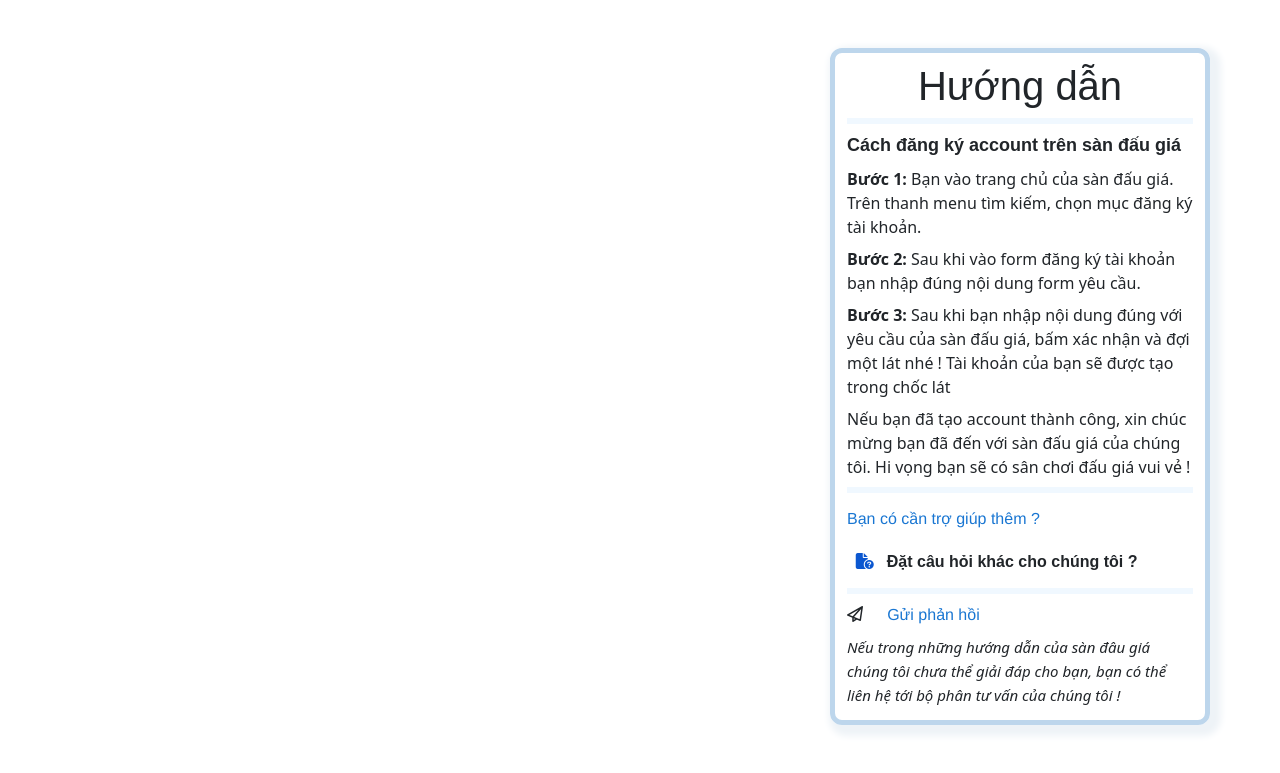
Repository: SonPhamThe/C0622G1-module5
Page: prototype--module6/guides/guide1.html
These files come from the project's save history. The page is drawn as it stood at one moment and after the next save; the edit follows.
The browser window is 1280 px wide. The pictures show the whole page.
Some web libraries are served in a nearby version.

Above is the page before, as saved 2022-12-07 15:22:14.

### prototype--module6/guides/guide1.html
<!DOCTYPE html>
<html lang="en">
  <head>
    <meta charset="UTF-8" />
    <meta
      name="viewport"
      content="width=device-width, user-scalable=no, initial-scale=1.0, maximum-scale=1.0, minimum-scale=1.0"
    />
    <meta http-equiv="X-UA-Compatible" content="ie=edge" />
    <title>Trang chủ hướng dẫn</title>
    <link rel="stylesheet" href="guide1.css" />
    <link rel="icon" type="image/x-icon" href="favicon.ico" />

    <link
      rel="stylesheet"
      href="https://cdnjs.cloudflare.com/ajax/libs/font-awesome/6.2.1/css/all.min.css"
    />

    <link
      href="https://cdn.jsdelivr.net/npm/bootstrap@5.1.3/dist/css/bootstrap.min.css"
      rel="stylesheet"
      integrity="sha384-1BmE4kWBq78iYhFldvKuhfTAU6auU8tT94WrHftjDbrCEXSU1oBoqyl2QvZ6jIW3"
      crossorigin="anonymous"
    />
    <script
      src="https://cdn.jsdelivr.net/npm/bootstrap@5.1.3/dist/js/bootstrap.bundle.min.js"
      integrity="sha384-ka7Sk0Gln4gmtz2MlQnikT1wXgYsOg+OMhuP+IlRH9sENBO0LRn5q+8nbTov4+1p"
      crossorigin="anonymous"
    ></script>
    <link
      rel="stylesheet"
      href="https://cdnjs.cloudflare.com/ajax/libs/font-awesome/5.15.4/css/all.min.css"
    />
  </head>
  <body>
    <!--Khi chọn mục hướng dẫn trên navbar sẽ đổ modal xuống. Ở trang chủ hướng dẫn em tính làm gồm những phần:
      Cách đăng ký account,
      Thay đổi hoặc đặt lại mật khẩu của bạn,
      Quản lý mật khẩu, vv....
      Khi click một trong số option sẽ chuyển qua một form chứa nội dung của từng tiêu đề đó
     -->
    <div class="container mb-5 mt-5">
      <div class="row">
        <div class="col-lg-4"></div>
        <div class="col-lg-4"></div>
        <div class="boxed col-lg-4 shadow-md" style="height: 100% !important">
          <form>
            <div class="mt-1 text-center">
              <h1 style="font-family: sans-serif">Hướng dẫn</h1>
            </div>
            <div
              class="mb-2"
              style="height: 6px; background-color: aliceblue; width: 100%"
            ></div>
            <div class="mb-2">
              <label
                ><strong style="font-family: sans-serif; font-size: large"
                  >Cách đăng ký account trên sàn đấu giá</strong
                ></label
              >
            </div>
            <div class="mb-2">
              <span>
                <strong>Bước 1: </strong>
                Bạn vào trang chủ của sàn đấu giá. Trên thanh menu tìm kiếm,
                chọn mục đăng ký tài khoản.
              </span>
            </div>
            <div class="mb-2">
              <span>
                <strong>Bước 2: </strong>
                Sau khi vào form đăng ký tài khoản bạn nhập đúng nội dung form
                yêu cầu.
              </span>
            </div>
            <div class="mb-2">
              <span>
                <strong>Bước 3: </strong>
                Sau khi bạn nhập nội dung đúng với yêu cầu của sàn đấu giá, bấm
                xác nhận và đợi một lát nhé ! Tài khoản của bạn sẽ được tạo
                trong chốc lát
              </span>
            </div>

            <div class="mb-2">
              <span>
               Nếu bạn đã tạo account thành công, xin chúc mừng bạn đã đến với sàn đấu giá của chúng tôi. Hi vọng bạn sẽ có sân chơi đấu giá vui vẻ !
              </span>
            </div>

            <div
              class="mb-2"
              style="height: 6px; background-color: aliceblue; width: 100%"
            ></div>

            <div class="mb-2">
              <h6
                class="mt-3 mb-3"
                style="color: #1976d2; font-family: Helvetica"
              >
                Bạn có cần trợ giúp thêm ?
              </h6>
              <div class="mb-2">
                <i class="fa-solid fa-file-circle-question"></i>
                <label style="font-family: sans-serif"
                  ><strong>Đặt câu hỏi khác cho chúng tôi ?</strong></label
                >
              </div>
              <div
                class="mb-2"
                style="height: 6px; background-color: aliceblue; width: 100%"
              ></div>
              <div class="mb-2">
                <i class="fa-regular fa-paper-plane"></i>
                <label
                  style="
                    color: #1976d2;
                    font-family: Helvetica;
                    margin-left: 20px;
                  "
                >
                  Gửi phản hồi
                </label>
              </div>
            </div>
          </form>
          <div class="mb-2">
            <span style="font-size: 15px" class="fst-italic"
              >Nếu trong những hướng dẫn của sàn đâu giá chúng tôi chưa thể giải
              đáp cho bạn, bạn có thể liên hệ tới bộ phân tư vấn của chúng tôi
              !</span
            >
          </div>
        </div>

        <div class="col-lg-3"></div>
      </div>
    </div>
  </body>
  <script src="//ajax.googleapis.com/ajax/libs/jquery/1.9.1/jquery.min.js"></script>
  <script
    src="https://cdn.jsdelivr.net/npm/popper.js@1.12.9/dist/umd/popper.min.js"
    integrity="sha384-ApNbgh9B+Y1QKtv3Rn7W3mgPxhU9K/ScQsAP7hUibX39j7fakFPskvXusvfa0b4Q"
    crossorigin="anonymous"
  ></script>
</html>

### prototype--module6/guides/guide1.css
.boxed {
  width: 400px;
  height: 550px;
}

.boxed {
  border: 5px solid;
  border-image-slice: 1;
  border-color: rgb(189, 214, 236);
  padding: 5px;
  border-radius: 12px;
  background-color: transparent;
  box-shadow: 5px 5px 7px 6px  rgb(238, 243, 247);
}

.fa-solid {
  color: #0b57d0;
  height: 1.125rem;
  margin: 0.55rem;
  visibility: initial;
  width: 1.125rem;
}

After the next save:
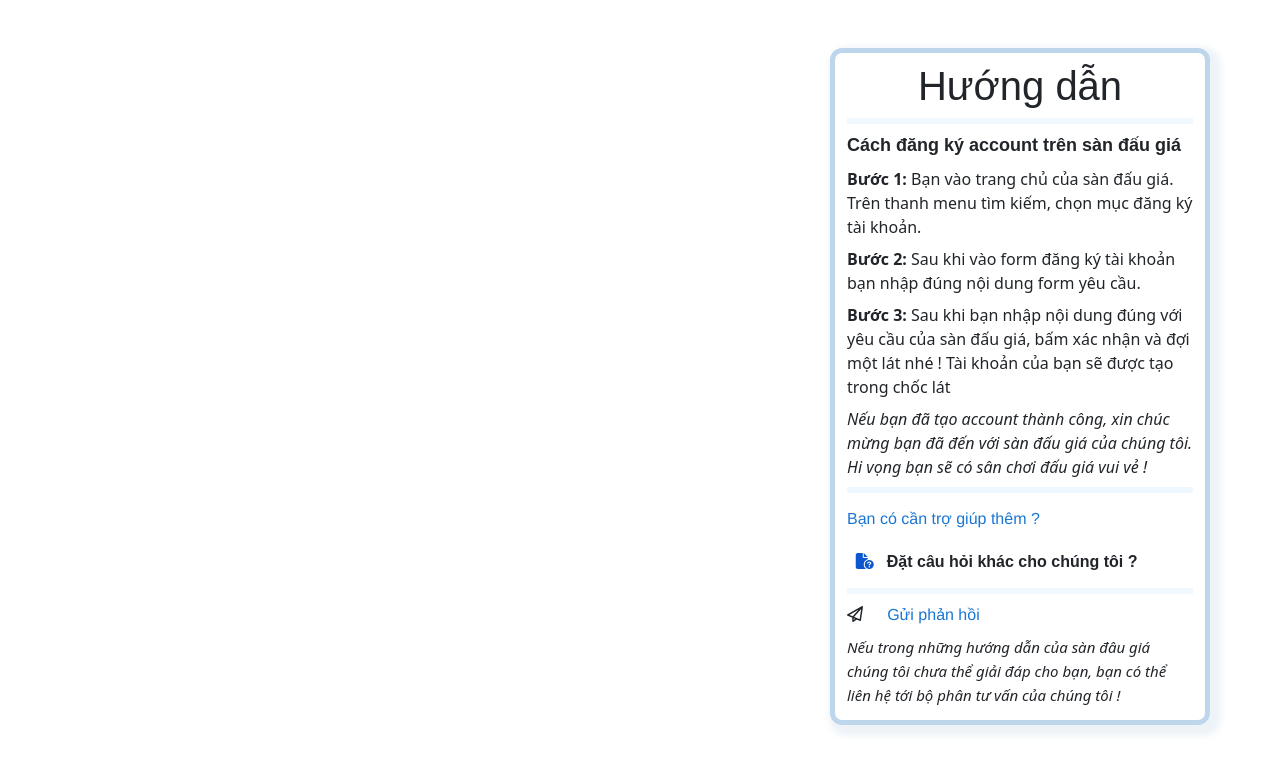
Saved 24 s later.
--- a/prototype--module6/guides/guide1.html
+++ b/prototype--module6/guides/guide1.html
@@ -83,9 +83,9 @@
             </div>
 
             <div class="mb-2">
-              <span>
+              <i>
                Nếu bạn đã tạo account thành công, xin chúc mừng bạn đã đến với sàn đấu giá của chúng tôi. Hi vọng bạn sẽ có sân chơi đấu giá vui vẻ !
-              </span>
+              </i>
             </div>
 
             <div
